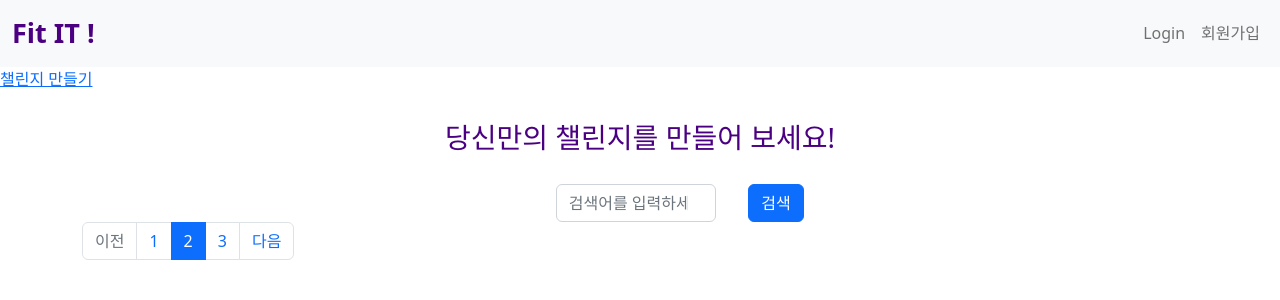
Repository: 4everGirls/Fit-IT-FRONT
Page: /makeChallenge (app in FrontEnd/fit-it/)
An editor plug-in stored every save of this project. The page is shown before and after the next save, followed by the edit.
The browser window is 1280 px wide. The pictures show the whole page.
The project was rebuilt for these pictures with package versions that can differ from the ones it lists, and the page was loaded fresh each time. Also part of the build but not shown: FrontEnd/fit-it/vue.config.js, FrontEnd/fit-it/src/views/HomeView.vue, FrontEnd/fit-it/src/components/user/RegistUser.vue, FrontEnd/fit-it/src/components/user/LoginUser.vue.

Above is the page before, as saved 2022-11-20 12:34:05.

After the next save:
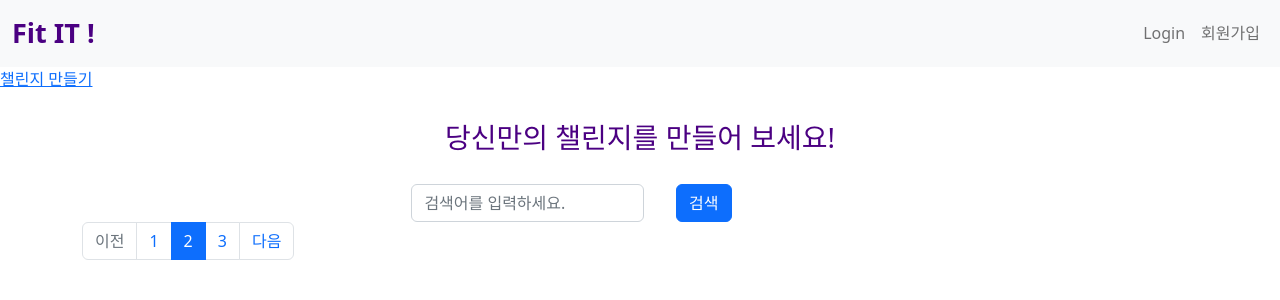
Saved 7 s later.
--- a/FrontEnd/fit-it/src/components/challenge/MakeChallenge/SearchVideo.vue
+++ b/FrontEnd/fit-it/src/components/challenge/MakeChallenge/SearchVideo.vue
@@ -6,7 +6,7 @@
       </div>
       <div class="flex-item">
         <div class="row">
-          <div class="col"></div>
+          <div class="col-1"></div>
           <div class="col">
             <form class="d-flex col" role="search">
               <input
